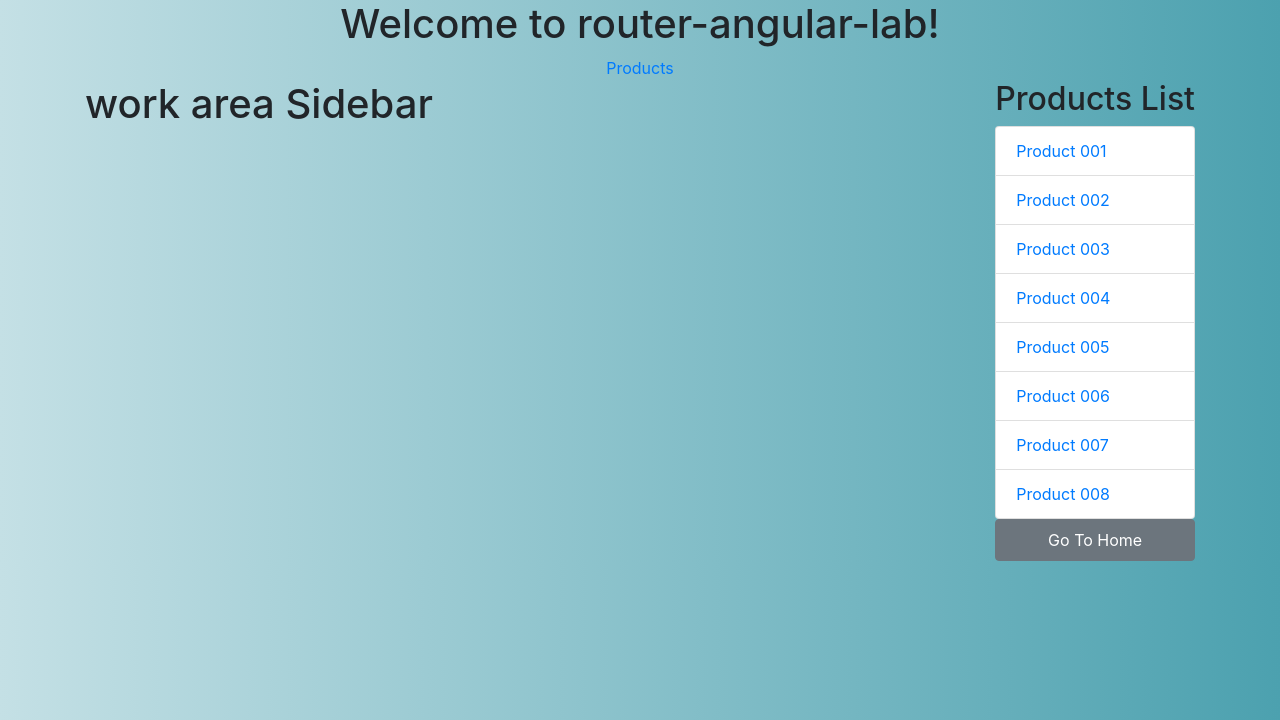
Repository: desalab/router-angular-lab
Page: /products
An editor plug-in stored every save of this project. The page is shown before and after the next save, followed by the edit.
The browser window is 1280 px wide. The pictures show the whole page.
The project was rebuilt for these pictures with package versions that can differ from the ones it lists, and the page was loaded fresh each time. Also part of the build but not shown: angular.json, src/app/product-detail/product-detail.component.ts, src/app/product-list-sidebar/product-list-sidebar.component.ts, src/app/home/home.component.ts.

Above is the page before, as saved 2018-12-06 01:11:19.

### src/index.html
<!doctype html>
<html lang="en">
<head>
  <meta charset="utf-8">
  <title>RouterAngularLab</title>
  <base href="/">

  <meta name="viewport" content="width=device-width, initial-scale=1">
  <link rel="icon" type="image/x-icon" href="favicon.ico">
  <link rel="stylesheet" href="https://stackpath.bootstrapcdn.com/bootstrap/4.1.3/css/bootstrap.min.css" integrity="sha384-MCw98/SFnGE8fJT3GXwEOngsV7Zt27NXFoaoApmYm81iuXoPkFOJwJ8ERdknLPMO" crossorigin="anonymous">

</head>
<body>
  <app-root></app-root>
</body>
</html>

### src/styles.css

body{
    background: #4CA1AF;  /* fallback for old browsers */
    background: -webkit-linear-gradient(to right, #C4E0E5, #4CA1AF);  /* Chrome 10-25, Safari 5.1-6 */
    background: linear-gradient(to right, #C4E0E5, #4CA1AF); /* W3C, IE 10+/ Edge, Firefox 16+, Chrome 26+, Opera 12+, Safari 7+ */
}

### src/app/app-routing.module.ts
import { NgModule } from '@angular/core';
import { Routes, RouterModule } from '@angular/router';
import { ProductListComponent } from './product-list/product-list.component';
import { ProductDetailComponent } from './product-detail/product-detail.component';
import { SidebarComponent } from './sidebar/sidebar.component';
import { ProductListSidebarComponent } from './product-list-sidebar/product-list-sidebar.component';

const routes: Routes = [
  { path: 'products', component: ProductListComponent },
  { path: 'product/:id', component: ProductDetailComponent },
  {
    path: '',
    component: SidebarComponent,
    outlet: 'sidebar'
  },
  {
    path: 'products',
    component: ProductListSidebarComponent,
    outlet: 'sidebar'
  }
];

@NgModule({
  imports: [RouterModule.forRoot(routes)],
  exports: [RouterModule]
})
export class AppRoutingModule { }

### src/app/app.component.ts
import { Component } from '@angular/core';

@Component({
  selector: 'app-root',
  templateUrl: './app.component.html',
  styleUrls: ['./app.component.css']
})
export class AppComponent {
  title = 'router-angular-lab';
}

### src/app/product-list/product-list.component.ts
import { Component, OnInit } from '@angular/core';
import { Product } from '../models/product';

@Component({
  selector: 'app-product-list',
  templateUrl: './product-list.component.html',
  styleUrls: ['./product-list.component.css']
})
export class ProductListComponent implements OnInit {

  public products: Product[] = [
    new Product(1, 'Product 001'),
    new Product(2, 'Product 002'),
    new Product(3, 'Product 003'),
    new Product(4, 'Product 004'),
    new Product(5, 'Product 005'),
    new Product(6, 'Product 006'),
    new Product(7, 'Product 007'),
    new Product(8, 'Product 008')
  ];

  constructor() { }

  ngOnInit() {
  }

}

### src/app/app.component.html
<div class="container">
  <div style="text-align:center">
    <h1>Welcome to {{ title }}!</h1>

    <a
      [routerLink]="[
        { outlets: { primary: ['products'], sidebar: ['products'] } }
      ]"
    >
      Products
    </a>
  </div>

  <div>
    <div style="float:right"><router-outlet></router-outlet></div>
    <div style="float:left"><router-outlet name="sidebar"></router-outlet></div>
  </div>
</div>

### src/app/models/product.ts
export class Product {
  id: number;
  name: string;
  constructor(id: number, name: string) {
    this.id = id;
    this.name = name;
  }
}

### src/app/product-list/product-list.component.html
<h2>Products List</h2>

<ul class="list-group">
	<li class="list-group-item"  *ngFor="let product of products">
		<a [routerLink]="['/product/', product.id]">{{product.name}}</a>
	</li>
</ul>

<a class="btn btn-secondary btn-block p-2" routerLink="/">Go To Home</a>

### src/app/sidebar/sidebar.component.html
<h1>
  work area Sidebar
</h1>

Loaded but not shown: src/main.ts (common file); src/app/app.module.ts (common file); src/environments/environment.ts (common file); src/app/sidebar/sidebar.component.ts (common file); src/app/app.component.css (no stored copy; drawn as an empty file); src/app/product-list/product-list.component.css (no stored copy; drawn as an empty file); src/app/sidebar/sidebar.component.css (no stored copy; drawn as an empty file)

After the next save:
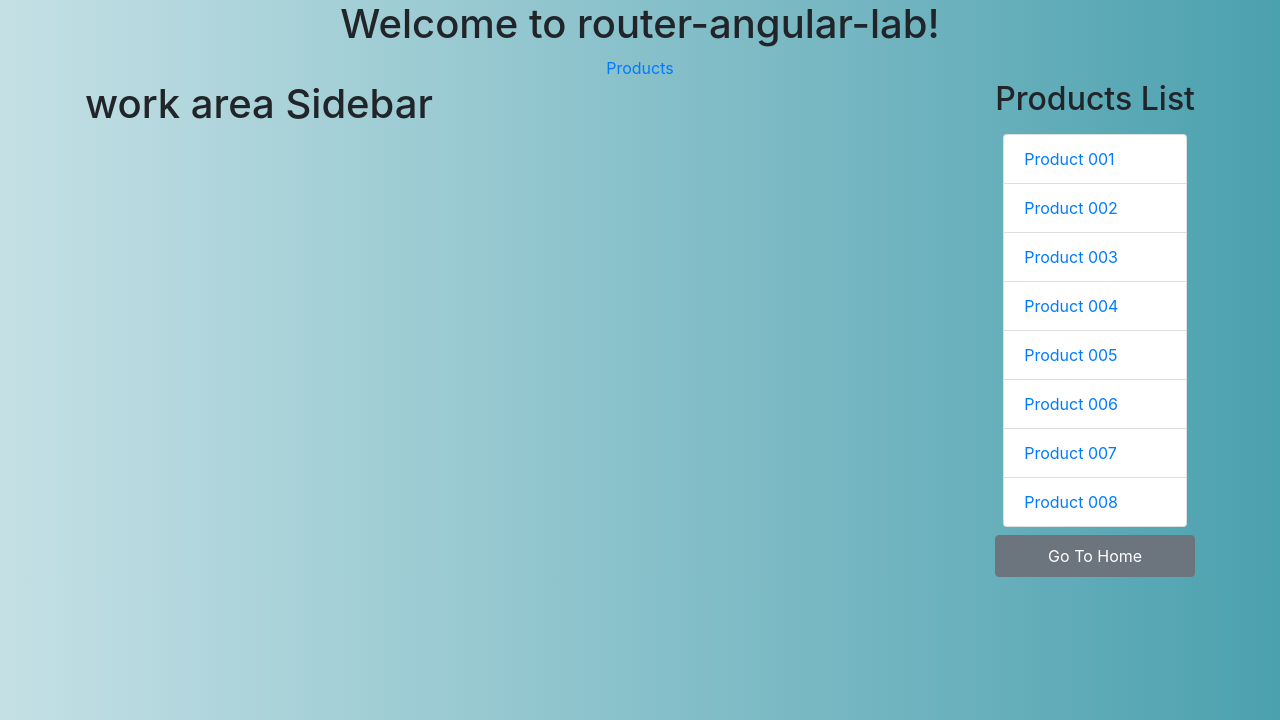
Saved 16 s later.
--- a/src/app/product-list/product-list.component.html
+++ b/src/app/product-list/product-list.component.html
@@ -1,6 +1,6 @@
 <h2>Products List</h2>
 
-<ul class="list-group">
+<ul class="list-group p-2">
 	<li class="list-group-item"  *ngFor="let product of products">
 		<a [routerLink]="['/product/', product.id]">{{product.name}}</a>
 	</li>
